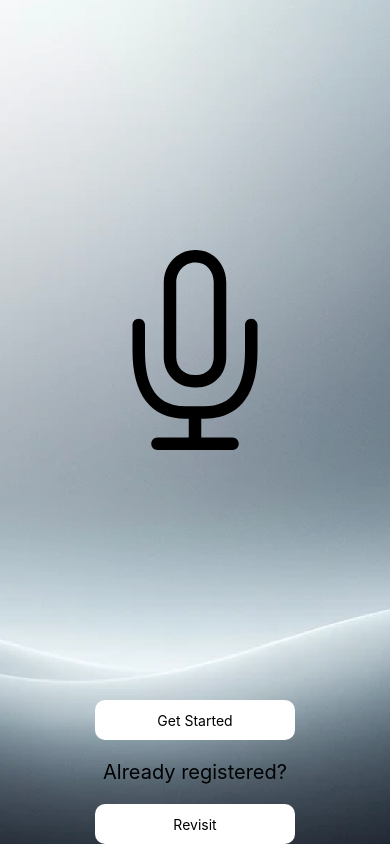
Repository: mortiestmorty1/recordings-app
Screen: / (app in frontend/)
An editor plug-in stored every save of this project. The screen is shown before and after a run of saves, followed by the edit.
The app was drawn by React Native's web renderer in a window 390 px wide. The project was rebuilt for these pictures with package versions that can differ from the ones it lists, and the page was loaded fresh each time. Also part of the build but not shown: frontend/components/registerUser.js.

Above is the screen before, as saved 2024-03-08 00:48:30.

### frontend/App.js
import { StatusBar } from 'expo-status-bar';
import { StyleSheet, View } from 'react-native';
import RegisterUser from './components/registerUser.js';
import React from 'react';
import FirstScreen from './components/firstscreen.js';

export default function App() {
  const handleRegistrationSuccess = (userData) => {
    console.log('User registered:', userData);
  };

  return (
    <View style={styles.container}>
      <FirstScreen />
      {/* <RegisterUser onSubmit={handleRegistrationSuccess} /> */}
      <StatusBar style="auto" />
    </View>
  );
}

const styles = StyleSheet.create({
  container: {
    flex: 1,
    backgroundColor: '#fff',
    alignItems: 'center',
    justifyContent: 'center',
  },
});

### frontend/components/firstscreen.js
import React from 'react';
import { View, Text, StyleSheet, TouchableOpacity,ImageBackground } from 'react-native';
import { Svg, Path } from 'react-native-svg';
import background from '../assets/background.png';
const FirstScreen = () => {
  return (
    <View style={styles.container}>
        <ImageBackground
        source={background}
        resizeMode="cover"
        style={styles.imageBackground}
      >
      <Svg style={styles.logo} fill="#000000" width="200" height="200" viewBox="0 0 1024 1024">
        <Path d="M510.88 704h7.6C607.44 704 672 638.4 672 548.032V166.624C672 73.184 604.56 0 518.466 0h-7.584C423.264 0 352 74.752 352 166.624v381.408C352 636.944 420.304 704 510.88 704zM416 166.624C416 110.032 458.56 64 510.88 64h7.6C569.504 64 608 108.128 608 166.624v381.408C608 603.024 572.032 640 518.464 640h-7.584c-55.872 0-94.88-37.808-94.88-91.968zM800 352c-17.68 0-32 14.336-32 32v133.072c0 190.4-67.968 282.929-207.744 282.929H465.12c-182.8 0-209.12-153.84-209.12-282.928V384.001c0-17.664-14.336-32-32-32s-32 14.336-32 32v133.072c0 220.496 91.888 346.928 273.12 346.928H480v96H320c-17.664 0-32 14.336-32 32s14.336 32 32 32h384c17.664 0 32-14.336 32-32s-14.336-32-32-32H544v-96h16.256C684.224 864.001 832 803.809 832 517.072V384c0-17.664-14.32-32-32-32z" />
      </Svg>
      <View style={styles.content}>
        <TouchableOpacity style={styles.btn1} onPress={() => console.log("Get Started pressed")}>
          <Text style={styles.btnText}>Get Started</Text>
        </TouchableOpacity>
        <Text style={styles.text}>Already registered?</Text>
        <TouchableOpacity style={styles.btn1} onPress={() => console.log("Revisit pressed")}>
          <Text style={styles.btnText}>Revisit</Text>
        </TouchableOpacity>
      </View>
      </ImageBackground>
    </View>
  );
};

const styles = StyleSheet.create({
  container: {
    flex: 1,
    width: '100%', // Ensure the container spans the full width
    height: '100%',
    justifyContent: 'center',
    alignItems: 'center',
  },
  imageBackground: {
    width: '100%',
    height: '100%',
    justifyContent: 'center',
    alignItems: 'center',
  },
  logo: {
    width: 200,
    height: 200,
    bottom: 100, // Changed from bottom to marginBottom for better layout control
  },
  text: {
    fontSize: 20,
    margin: 20,
  },
  content: {
    justifyContent: 'center',
    alignItems: 'center',
    top: 250, // Changed from top to marginTop for better layout control
  },
  btn1: {
    width: 200,
    height: 40,
    backgroundColor: 'white',
    borderRadius: 10,
    justifyContent: 'center',
    alignItems: 'center',
  },
  btnText: {
    color: 'black', // Style for the text inside TouchableOpacity
  },
});

export default FirstScreen;

After the next 2 saves:
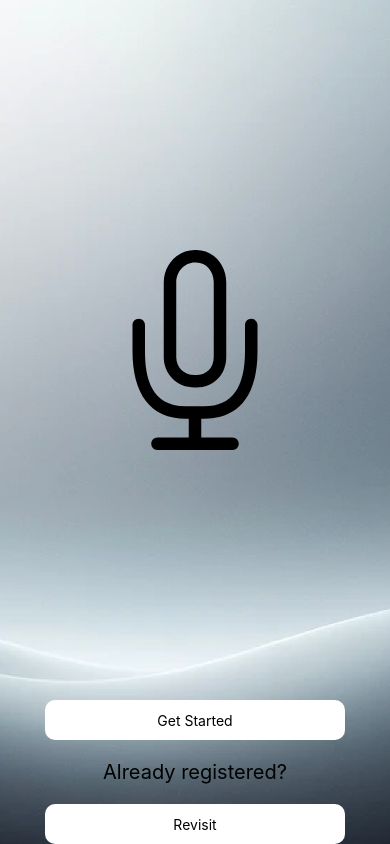
The 2 saves are shown as one change because they came seconds apart.
The last was saved 11 s later.
--- a/frontend/components/firstscreen.js
+++ b/frontend/components/firstscreen.js
@@ -56,7 +56,7 @@ const styles = StyleSheet.create({
     top: 250, // Changed from top to marginTop for better layout control
   },
   btn1: {
-    width: 200,
+    width: 300,
     height: 40,
     backgroundColor: 'white',
     borderRadius: 10,
